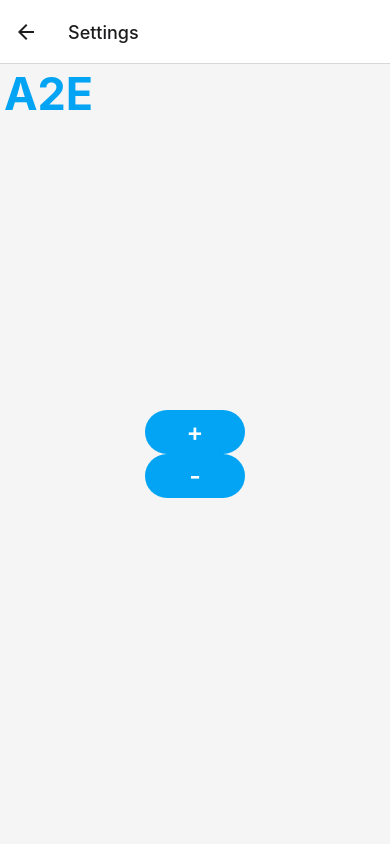
Repository: amartinM1/A2E-UI
Page: /Settings
An editor plug-in stored every save of this project. The page is shown before and after the next save, followed by the edit.
The browser window is 390 px wide. The pictures show the whole page.
The app was drawn by React Native's web renderer in a window 390 px wide. The project was rebuilt for these pictures with package versions that can differ from the ones it lists, and the page was loaded fresh each time. Some packages were replaced by stand-ins written for this rebuild. Also part of the build but not shown: pages/profile.js, server/server.js, pages/home.js.

Above is the page before, as saved 2023-02-16 12:06:42.

### App.js
import { StatusBar } from 'expo-status-bar';
import React from 'react';
import { StyleSheet, Text, View } from 'react-native';
import Launch from './pages/launch.js';
import Navigator from './navigation/navigator.js';

export default function App() {
  return (
    <Navigator/>
  );
}

### pages/launch.js
import React, {Component} from 'react';
import {
    Text,
    View,
    StyleSheet,
    TouchableOpacity,
} from 'react-native';

function Button({onPress, children}) {
    return (
        <TouchableOpacity onPress={onPress} style={styles.button}>
                <Text style={styles.button_text}>{children}</Text>
        </TouchableOpacity>
    );
}

function Launch({navigation}) {
    return (
        <View style={styles.container}>
            <View style={styles.background_container}>
                <Text style={styles.logo}>A2E</Text>
            </View>
            <View style={styles.main_container}>
                <Text style={styles.title}>Welcome to{"\n"}ASL-to-English</Text>
                <Text style={styles.body}>We translate your ASL to English all in one application.</Text>
                <Button onPress={() => navigation.navigate('Home') }>Get Started</Button>
            </View>
        </View>
    );
}

const styles = StyleSheet.create({
    container: {
        flex: 1,
        alignItems: 'center',
    },
    background_container: {
        position: 'absolute',
        top: 0,
        bottom: 0,
        left: 0,
        right: 0,
        backgroundColor: '#F5F5F5',
    },
    main_container: {
        flex: 1,
        justifyContent: 'center',
        alignItems: 'center',
    },
    logo: {
        fontSize: 45,
        fontWeight: 'bold',
        color: '#04a4f4',
        textAlign: 'left',
        marginLeft: '1%',
        marginTop: '0.5%',
    },
    title: {
        fontSize: 45,
        fontWeight: 'bold',
        color: '#04a4f4',
        marginBottom: '2.5%',
        textAlign: 'center',
    },
    body: {
        fontSize: 20,
        fontWeight: '400',
        color: '#04a4f4',
        marginBottom: '4%',
        textAlign: 'center',
    },
    button: {
        alignItems: 'center',
        backgroundColor: '#04a4f4',
        padding: 10,
        borderRadius: 50,
        width: 250,
    },
    button_text: {
        marginBottom: 2,
        marginTop: 2,
        fontSize: 25,
        fontWeight: '600',
        color: '#FFFFFF',
    },
})

export default Launch;

### navigation/navigator.js
import React from 'react';
import { NavigationContainer } from '@react-navigation/native';
import { createNativeStackNavigator } from '@react-navigation/native-stack';

//pages
import Launch from '../pages/launch';
import Home from '../pages/home';
import Profile from '../pages/profile';
import Settings from '../pages/settings';

//stacks
const LaunchStack = createNativeStackNavigator();

//Launch Page Stack
function Navigator() {
    return (
        <NavigationContainer>
            <LaunchStack.Navigator>
                <LaunchStack.Screen
                    name="Launch"
                    component={Launch}
                    options={{headerShown: false}}
                />
                <LaunchStack.Screen
                    name="Home"
                    component={Home}
                    options={{headerShown: false}}
                />
                <LaunchStack.Screen
                    name="Profile"
                    component={Profile}
                />
                <LaunchStack.Screen
                    name="Settings"
                    component={Settings}
                />
            </LaunchStack.Navigator>
        </NavigationContainer>
    );
}

export default Navigator;

### pages/settings.js
import React, {Component,useState} from 'react';
import {
    Text,
    View,
    StyleSheet,
    TouchableOpacity,
} from 'react-native';

// Button Object
function Button({onPress, children, toStyle, textStyle}) {
    return (
        <TouchableOpacity onPress={onPress} style={toStyle}>
            <Text style={textStyle}>{children}</Text>
        </TouchableOpacity>
    );
}

function Settings({navigation}) {

    const [fontSize, setFontSize] = useState(16);
    return (
        <View style={styles.container}>
            <View style={styles.background_container}>
                <Text style={styles.logo}>A2E</Text>
            </View>
            <View style={styles.main_container}>
                <Button
                            onPress={() =>setFontSize(fontSize + 2)}
                            toStyle={styles.button1}
                            textStyle={styles.button_text}
                        >
                        +
                </Button>
                <Button
                            onPress={() =>setFontSize(fontSize - 2)}
                            toStyle={styles.button2}
                            textStyle={styles.button_text}
                        >
                        -
                </Button>


            </View>
        </View>
    );
}

const styles = StyleSheet.create({
    container: {
        flex: 1,
        alignItems: 'center',
    },
    background_container: {
        position: 'absolute',
        top: 0,
        bottom: 0,
        left: 0,
        right: 0,
        backgroundColor: '#F5F5F5',
    },
    main_container: {
        flex: 1,
        justifyContent: 'center',
        alignItems: 'center',
    },
    logo: {
        fontSize: 45,
        fontWeight: 'bold',
        color: '#04a4f4',
        textAlign: 'left',
        marginLeft: '1%',
        marginTop: '0.5%',
    },
    button1: {
        alignItems: 'center',
        backgroundColor: '#04a4f4',
        padding: 5,
        borderRadius: 30,
        width: 100,
    },
    button2: {
        alignItems: 'center',
        backgroundColor: '#04a4f4',
        padding: 5,
        borderRadius: 30,
        width: 100,
    },
    button_text: {
        marginBottom: 2,
        marginTop: 2,
        fontSize: 25,
        fontWeight: '600',
        color: '#FFFFFF',
    },

});

export default Settings;

Loaded but not shown: index.js (common file)

After the next save:
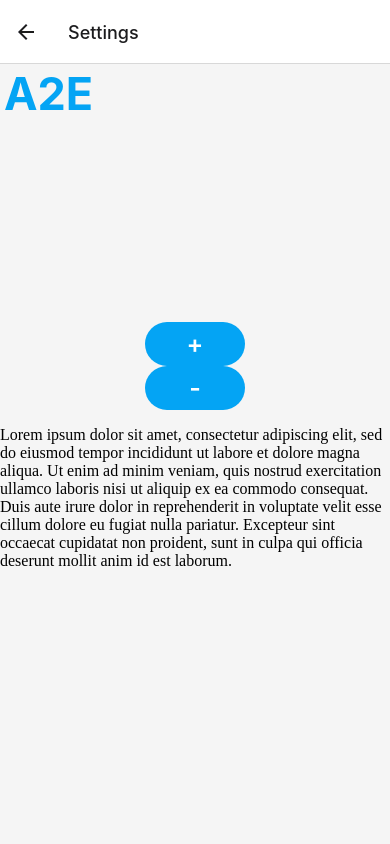
Saved 24 s later.
--- a/pages/settings.js
+++ b/pages/settings.js
@@ -38,7 +38,19 @@
                         >
                         -
                 </Button>
-
+                <p
+        style={{
+          fontSize: `${fontSize}px`
+        }}
+      >
+        Lorem ipsum dolor sit amet, consectetur adipiscing elit, sed do eiusmod
+        tempor incididunt ut labore et dolore magna aliqua. Ut enim ad minim
+        veniam, quis nostrud exercitation ullamco laboris nisi ut aliquip ex ea
+        commodo consequat. Duis aute irure dolor in reprehenderit in voluptate
+        velit esse cillum dolore eu fugiat nulla pariatur. Excepteur sint
+        occaecat cupidatat non proident, sunt in culpa qui officia deserunt
+        mollit anim id est laborum.
+      </p>
 
             </View>
         </View>

After the save that followed:
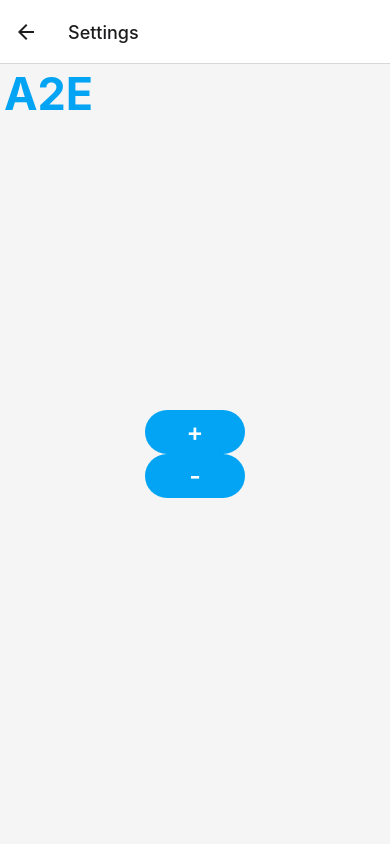
Saved 13 s later.
--- a/pages/settings.js
+++ b/pages/settings.js
@@ -38,19 +38,7 @@
                         >
                         -
                 </Button>
-                <p
-        style={{
-          fontSize: `${fontSize}px`
-        }}
-      >
-        Lorem ipsum dolor sit amet, consectetur adipiscing elit, sed do eiusmod
-        tempor incididunt ut labore et dolore magna aliqua. Ut enim ad minim
-        veniam, quis nostrud exercitation ullamco laboris nisi ut aliquip ex ea
-        commodo consequat. Duis aute irure dolor in reprehenderit in voluptate
-        velit esse cillum dolore eu fugiat nulla pariatur. Excepteur sint
-        occaecat cupidatat non proident, sunt in culpa qui officia deserunt
-        mollit anim id est laborum.
-      </p>
+
 
             </View>
         </View>
